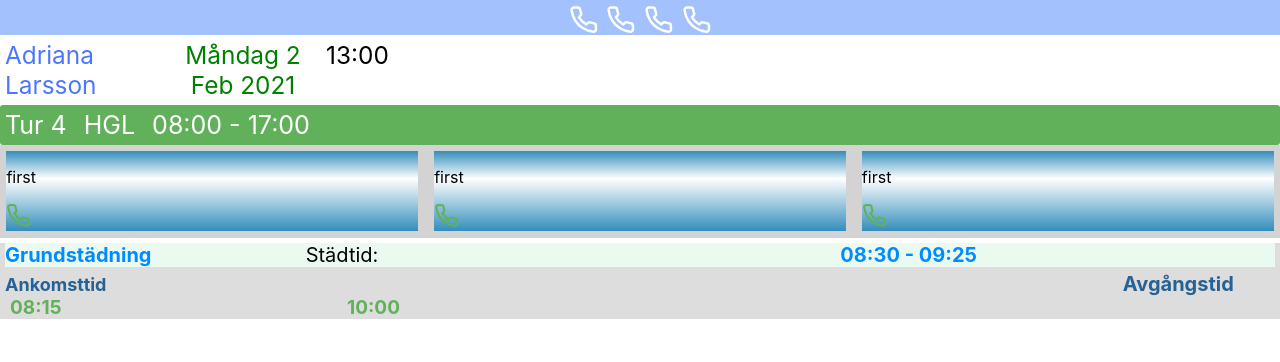
Repository: AdrianaLarsson/learning-react-adriana
Page: /
These files come from the project's save history. The page is drawn as it stood at one moment and after a run of saves; the edit follows.
The browser window is 1280 px wide. The pictures show the whole page.
The project was rebuilt for these pictures with package versions that can differ from the ones it lists, and the page was loaded fresh each time. Also part of the build but not shown: src/components/pixiLearn/pixi-learning.js, src/components/pixiLearn/reactTimline/timelinegant.js.

Above is the page before, as saved 2021-02-18 10:04:21.

After the next 6 saves:
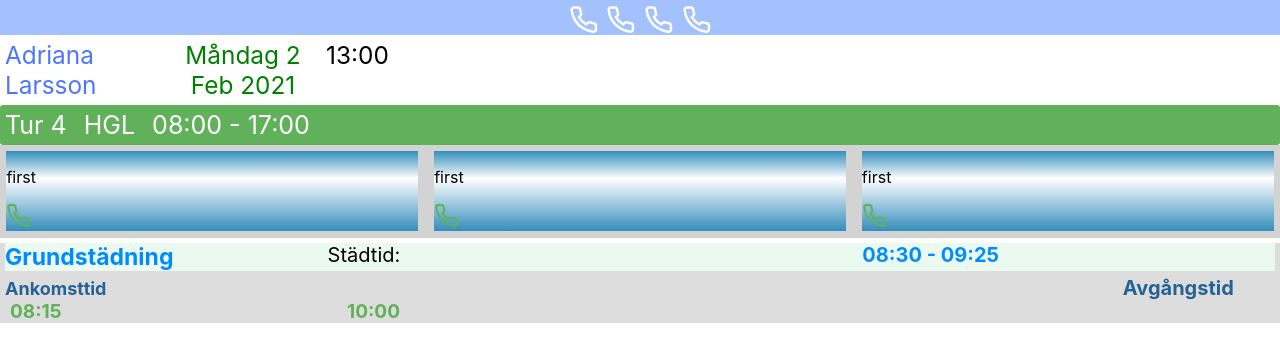
The 6 saves are shown as one change because they came seconds apart.
The last was saved 3 min 3 s later.
--- a/src/App.css
+++ b/src/App.css
@@ -87,6 +87,7 @@ color: #61b15a;
 .activityname{
   text-align: start;
   font-weight: bold;
+  font-size: 23px;
 }
 .cleantime{
   display: inline-block;
